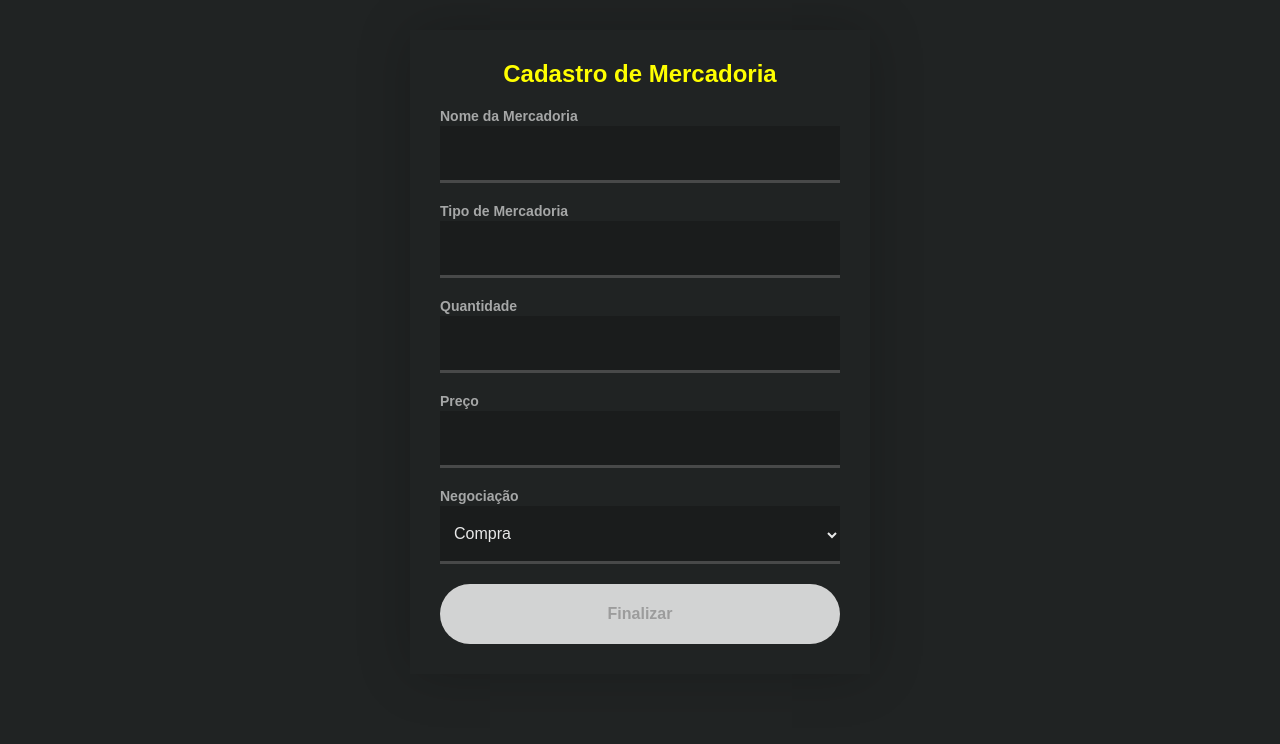
Repository: felipedischer/valemobi
Page: http://localhost/Valemobi/
The author's editor kept a copy of each file at every save. The page is drawn from the files as they stood at one save, then again after the next save.
The browser window is 1280 px wide. The pictures show the whole page.
The page is served by Tomcat 9.

Above is the page before, as saved 2016-09-28 04:02:22.

After the next save:
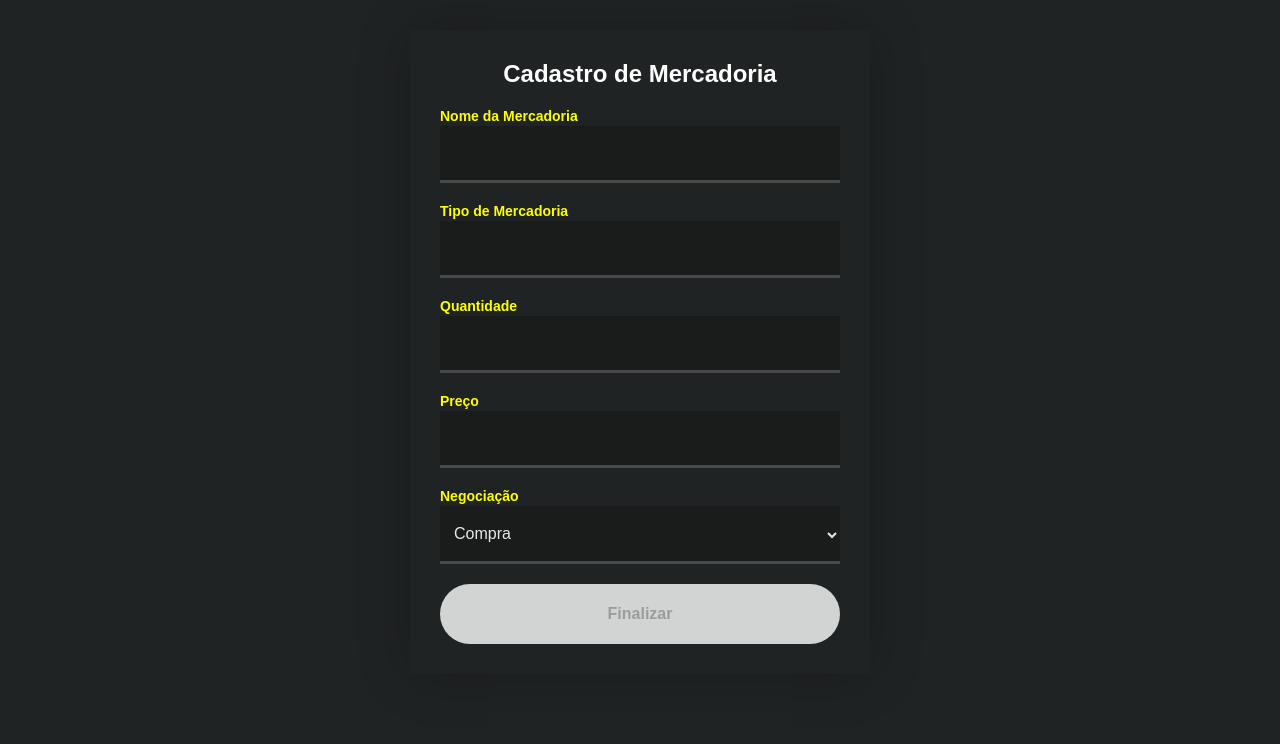
Saved 39 s later.
--- a/Valemobi/WebContent/estilo/css/estilo.css
+++ b/Valemobi/WebContent/estilo/css/estilo.css
@@ -44,7 +44,7 @@ form {
 form h2{
 	text-align: center;
 	margin-bottom: 20px;
-	color: yellow;
+	color: white;
 }
 form .grupo{
 	margin-bottom: 20px;
@@ -56,7 +56,7 @@ form .grupo label{
 	font-weight: bold;
 	font-size: 14px;
 	margin-bottom: 2px;
-	color: rgba(255,255,255,0.6);
+	color: yellow;
 }
 form .grupo input, form .grupo select{
 	border: none;
